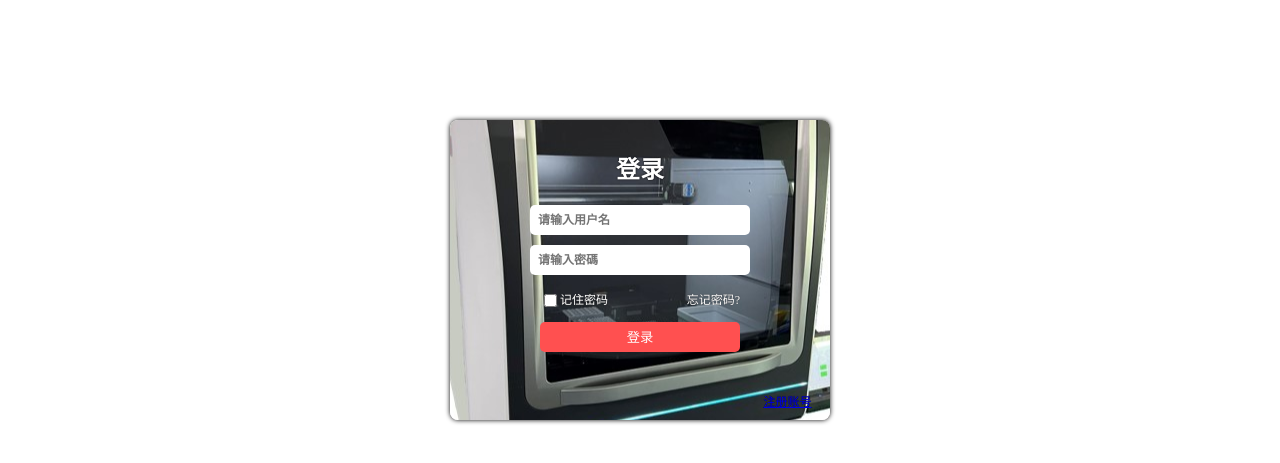
Repository: dnttalk/Ngs_arm1
Page: public/login.html
The author's editor kept a copy of each file at every save. The page is drawn from the files as they stood at one save, then again after the next save.
The browser window is 1280 px wide. The pictures show the whole page.

Above is the page before, as saved 2023-07-07 14:08:23.

### public/login.html
<!DOCTYPE>
<html>

<head>
    <meta http-equiv="Content-Type" content="text/html; charset=utf-8" />
    <title>Login</title>
    <style>
        #login_div {
            margin: 120px auto;
            width: 380px;
            height: 300px;
            background: rgba(255, 255, 255, 0.2);
            background: url(images/img3.jpg) no-repeat center center;
            border-radius: 8px;
            box-shadow: 0 0 5px #000;
            text-align: center;
            font-family: "幼圆";
            color: #fff;
            text-shadow: 0 0 2px #000;
        }

        .login_input {
            width: 220px;
            height: 30px;
            font-size: 12px;
            border: 0;
            border-radius: 5px;
            margin-top: 10px;
            outline: none;
            position: relative;
            top: 20px;
            padding: 8px;
            color: #ff5000;
            font-weight: bolder;
        }

        #login_div>h2 {
            position: relative;
            top: 30px;
            color: #fff;
        }

        #login {
            width: 200px;
            height: 30px;
            border-radius: 5px;
            color: #fff;
            background: #ff5050;
            border: 0;
            padding: 0;
            cursor: pointer;
            position: relative;
            top: 30px;
        }

        #remember {
            width: 200px;
            height: 30px;
            border: 0;
            margin: auto;
            font-size: 12px;
            padding: 0;
            position: relative;
            top: 30px;
        }

        #remember p {
            margin-top: 5px;
            border: 0;
            padding: 0;
            line-height: 20px;
            height: 20px;
            width: 100px;
            float: left;
            text-shadow: 0 0 1px #333;
            position: relative;
            text-align: left;
            cursor: pointer;
        }

        #login_div a {
            text-shadow: 0 0 1px #000;
            font-size: 12px;
            width: 55px;
            height: 30px;
            position: relative;
            margin-left: 310px;
            margin-top: 70px;
            display: block;
            text-decoration: underline;
            cursor: pointer;
        }
    </style>
</head>

<body>
    <form action="" method="post">
        <div id="login_div">
            <h2>登录</h2>
            <input class="login_input" name="user" id="user" type="text" placeholder="请输入用户名" autofocus autocomplete="off" />
            <br/>
            <input class="login_input" name="pwd" id="pwd" type="password" placeholder="请输入密碼" />
            <br/>
            <div id="remember">
                <p>
                    <input type="checkbox" style="vertical-align:-3px;" />记住密码</p>
                <p style="left:0;text-align:right">忘记密码?</p>
            </div>
            <input id="login" type="submit" value="登录" />
            <a href="register.html">注册账号</a>
        </div>
    </form>

</body>
<script>
    var user = document.querySelector("#user")
    var pwd = document.querySelector('#pwd')
    var login = document.querySelector('#login')
    var form = document.querySelector('form')
    login.onclick = function (e) {
        if (user.value === '' || pwd.value === '') {
            e.preventDefault()
            alert("用户名和密码必填......")
        } else {
            form.action = '/users/login'
        }
    }
</script>

</html>

After the next save:
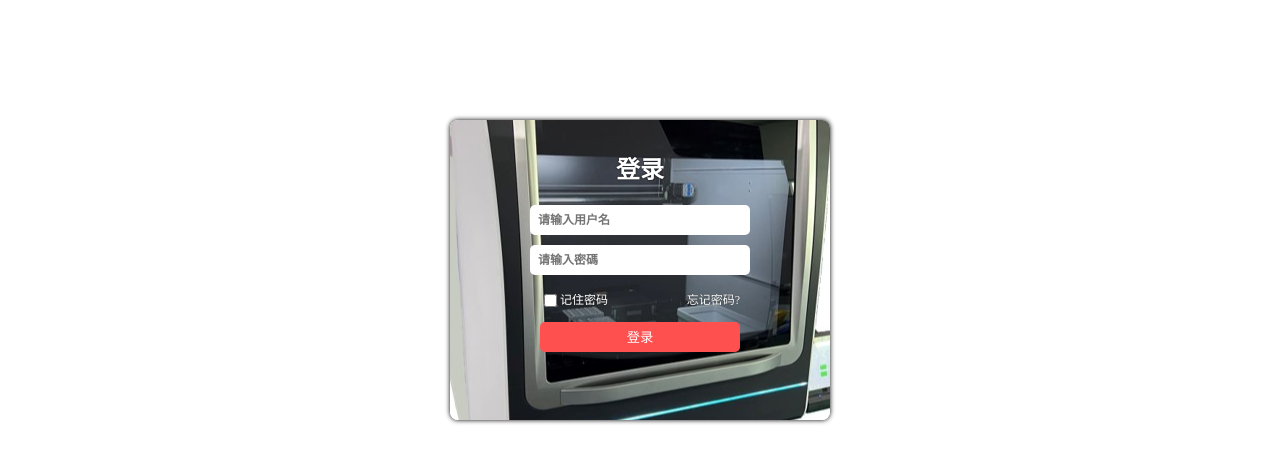
Saved 44 min 57 s later.
--- a/public/login.html
+++ b/public/login.html
@@ -97,17 +97,19 @@
     <form action="" method="post">
         <div id="login_div">
             <h2>登录</h2>
-            <input class="login_input" name="user" id="user" type="text" placeholder="请输入用户名" autofocus autocomplete="off" />
-            <br/>
+            <input class="login_input" name="user" id="user" type="text" placeholder="请输入用户名" autofocus
+                autocomplete="off" />
+            <br />
             <input class="login_input" name="pwd" id="pwd" type="password" placeholder="请输入密碼" />
-            <br/>
+            <br />
             <div id="remember">
                 <p>
-                    <input type="checkbox" style="vertical-align:-3px;" />记住密码</p>
+                    <input type="checkbox" style="vertical-align:-3px;" />记住密码
+                </p>
                 <p style="left:0;text-align:right">忘记密码?</p>
             </div>
             <input id="login" type="submit" value="登录" />
-            <a href="register.html">注册账号</a>
+
         </div>
     </form>
 
